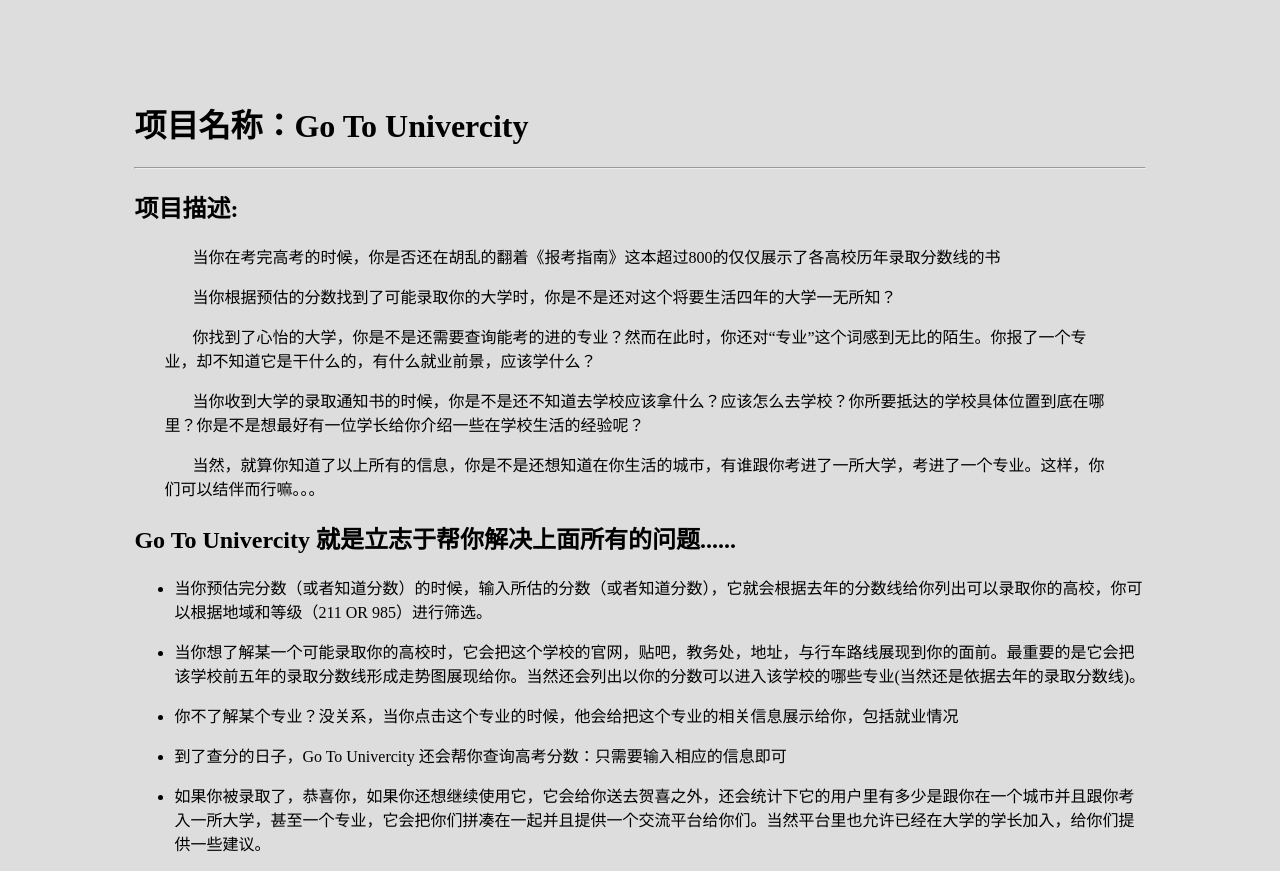
Repository: SUT-GC/GoToUnivercity
Page: http://localhost/GoToUniversity/ideasource/idea.jsp
These files come from the project's save history. The page is drawn as it stood at one moment and after the next save; the edit follows.
The browser window is 1280 px wide. The pictures show the whole page.
The page is served by Tomcat 9. Nobody is signed in. The application's start-up code is not run.

Above is the page before, as saved 2015-11-16 11:23:32.

After the next save:
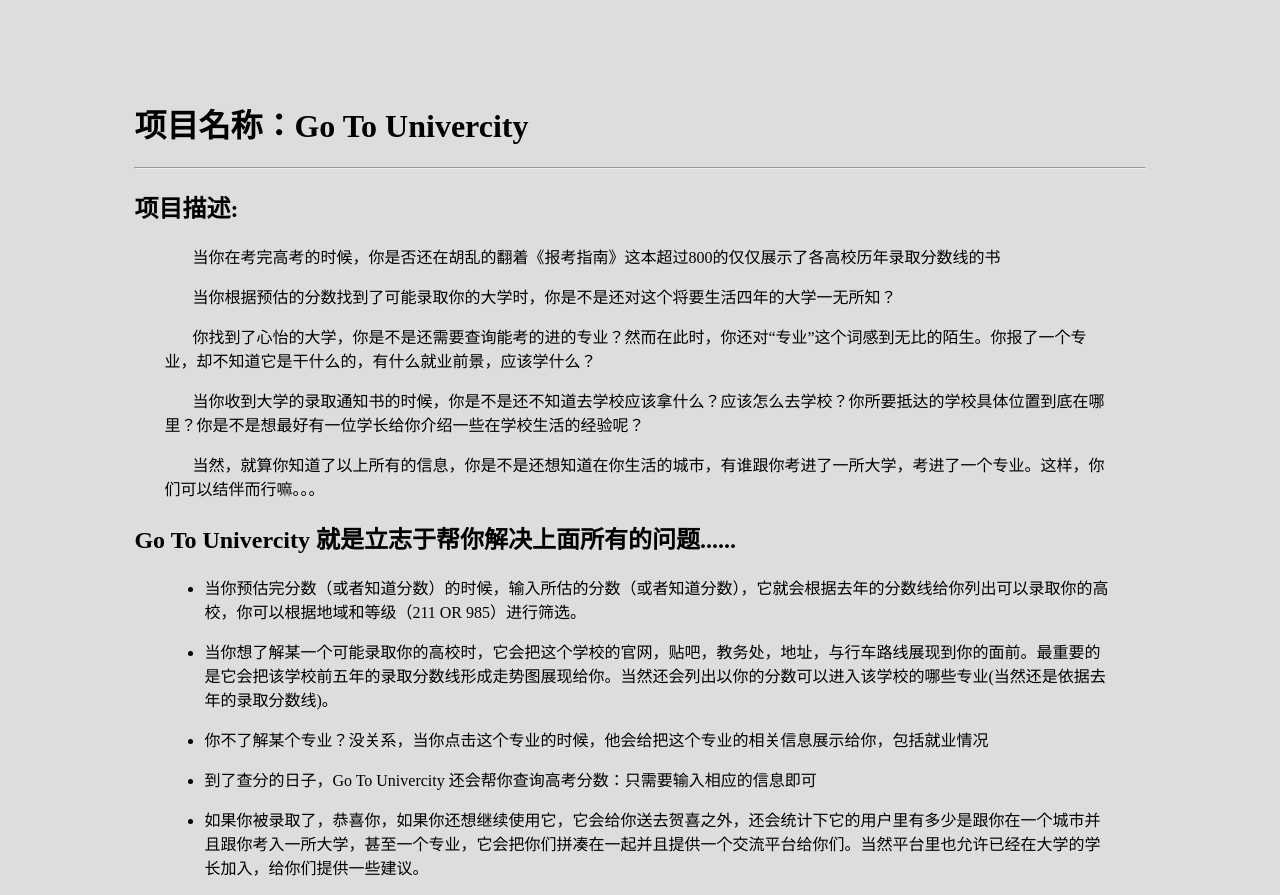
Saved 9 s later.
--- a/GoToUniversity/WebContent/ideasource/css/idea.css
+++ b/GoToUniversity/WebContent/ideasource/css/idea.css
@@ -14,7 +14,7 @@ body{
 	margin-left: 30px;
 	margin-right: 30px;
 }
-.content_body_content > p{
+.content_body_content_ui{
 	margin-left: 30px;
 	margin-right: 30px;
 }
